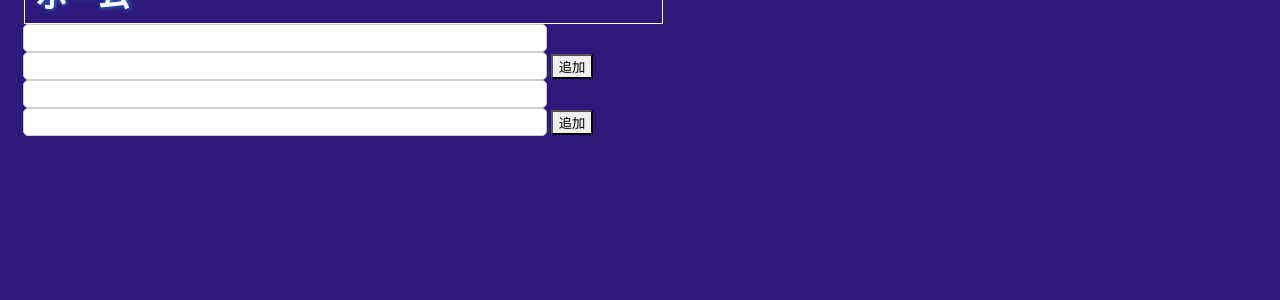
Repository: azuma2/tui2b
Page: http://localhost/
The author's editor kept a copy of each file at every save. The page is drawn from the files as they stood at one save, then again after the next save.
The browser window is 1280 px wide. The pictures show the whole page.
The page is served by the project's Laravel application, run on PHP 8.4 with Laravel 8. Other server files are loaded and not shown. Queries for data that is not in the repository find no rows.

Above is the page before, as saved 2022-03-28 18:25:34.

### routes/web.php
<?php

use Illuminate\Support\Facades\Route;
use App\Http\Controllers\Tui2Controller;

Route::get('/', [Tui2Controller::class, 'index']);
Route::post('/tui2/create', [Tui2Controller::class, 'create']);
Route::post('/tui2/update', [Tui2Controller::class, 'update']);
Route::post('/tui2/delete', [Tui2Controller::class, 'remove']);
Route::post('/', [Tui2Controller::class, 'post']);




Route::get('/reply/like', [RepliesController::class, 'like']);
Route::get('/reply/unlike', [RepliesController::class, 'unlike']);

### app/Http/Controllers/Tui2Controller.php
<?php

namespace App\Http\Controllers;

use App\Models\Tui2;
use Illuminate\Http\Request;
use Illuminate\Support\Facades\DB;

class Tui2Controller extends Controller
{
    public function index()
    {
        $items = Tui2::all();
        $items = DB::select('select * from tui2s');

        return view('index', ['items' => $items]);
    }

    public function create(Request $request)
    {
        $param = [
            'name' => $request->name,
            'content' => $request->content,


                ];
        $this->validate($request, Tui2::$rules);

        DB::insert('insert into tui2s (name,content) values (:name,:content)', $param);
        return redirect('/');
    }

    public function update(Request $request)
    {
         $param = [
            'id' => $request->id,
            'name' => $request->name,
            'content' => $request->content,

        ];
        $this->validate($request, Tui2::$rules);
        DB::update('update tui2s set name =:name, content =:content where id =:id', $param);
        return redirect('/');
    }

    public function remove(Request $request)
    {
        $param = ['id' => $request->id];
        DB::delete('delete from tui2s where id =:id', $param);
        return redirect('/');
    }


}

### app/Models/Tui2.php
<?php

namespace App\Models;

use App\Models\Tui2;
use Illuminate\Database\Eloquent\Factories\HasFactory;
use Illuminate\Database\Eloquent\Model;

class Tui2 extends Model

{
        use HasFactory;

    protected $fillable = ['content'];

    public static $rules = array(
        'content' => 'required|max:20',
    );






}

### resources/views/index.blade.php
<!DOCTYPE html>
<html lang="ja">
<head>
    <meta charset="UTF-8">
    <meta http-equiv="X-UA-Compatible" content="IE=edge">
    <meta name="viewport" content="width=device-width, initial-scale=1.0">
    <link rel="stylesheet" href="{{ asset('\resources\views\layouts\reset.css') }}" >
    <title>@yield('title')</title>
    <style>
    body {
      font-size:16px;
      margin: 5px;
      background-color: #2d197c;
    }


        td {
      padding: 5px 10px;
      text-align: center;


    }





    table{

    }

    .kakomi{
      border: solid;
    }

    .icon{
        height: 25px;
      width: 25px;
}

    .narabe{
      display:flex;
        flex-flow: column;
    }

    .button {
    background-image:url(img/heart.png);

    cursor: pointer;
    transition: 0.4s;
    outline: none;
}
.input-add {
    width: 80%;
    padding: 5px;
    border-radius: 5px;
    border: 1px solid #ccc;
    appearance: none;
    font-size: 14px;
    outline: none;
}
.input-update {
    width: 90%;
    padding: 5px;
    border-radius: 5px;
    border: 1px solid #ccc;
    appearance: none;
    font-size: 14px;
    outline: none;
}
    .card {
    width: 50vw;
    padding: 10px;
    position: absolute;
    top: -40px;
    left: 1%;

    border-radius: 10px;
}
    h1 {
      font-size:32px;
      color:white;
      text-shadow:1px 0 5px #289ADC;
      margin-left: 1px
    }

    .title{
          border: solid;border-color: #fff;
          border-width: 1px;
          padding: 10px;
    }
    .content {
      margin:10px;
    }

    .bgazou{
      background-image: url(img/detail.png);
    }

    p{

color: #fff;

    }

    .comment{
      text-align: left;
    }
    .name{
font-size:28px;
     display: inline;
    }



    </style>
  </head>
  <body>
  <div class="container">
    <div class="card">
      <h1 class="title">ホーム</h1>
            <div class="tui2">
              @if ($errors->has('content'))
                  <tr>
                    <th>ERROR</th>
                  <td>
                  {{$errors->first('content')}}
                </td>
            </tr>
          @endif


        <form action="/tui2/create" method="post">
            @csrf
          <input type="text" class="input-add" name="name" />
          <input type="text" class="input-add" name="content" />
          <input class="button" type="submit" value="追加" />
        </form>

        <form action="/tui2/create" method="post">
            @csrf
          <input type="text" class="input-add" name="name" />
          <input type="text" class="input-add" name="content" />
          <input class="button" type="submit" value="追加" />
        </form>


          @csrf
          <div class="narabe">
        <table>
            @csrf


                    <tr>
            @foreach ($items as $item)
            <td>

<a href="#comment.php" class="blink">


            </td>

            <form action="/tui2/update" method="post">
              @csrf

              <td>
                <p class="name"></p>
                <img class="icon" src="img/heart.png">
              </td>
                          <td>
              <form action="/tui2/delete" method="post" >
                    @csrf
                <input  type="hidden" name="id" value="{{$item->id}}" >
                <input class="button" type="submit" value="" >
              </form>
            </td>
              <td>
                <p class="comment">{{$item->content}}</p>
              </td>
            </form>





              <form action="/tui2/delete" method="post" >
                    @csrf
                <input  type="hidden" name="id" value="{{$item->id}}" >
                <input class="button" type="submit" value="削除" >
              </form>


          </tr>
          @endforeach

                  </table>
</div>
      </div>
    </div>
  </div>
  </div>

</body>
</html>

### resources/views/layouts/reset.css
/*
html5doctor.com Reset Stylesheet
v1.6.1
Last Updated: 2010-09-17
Todo: Richard Clark - http://richclarkdesign.com
Twitter: @rich_clark
*/

html, body, div, span, object, iframe,
h1, h2, h3, h4, h5, h6, p, blockquote, pre,
abbr, address, cite, code,
del, dfn, em, img, ins, kbd, q, samp,
small, strong, sub, sup, var,
b, i,
dl, dt, dd, ol, ul, li,
fieldset, form, label, legend,
table, caption, tbody, tfoot, thead, tr, th, td,
article, aside, canvas, details, figcaption, figure,
footer, header, hgroup, menu, nav, section, summary,
time, mark, audio, video {
    margin:0;
    padding:0;
    border:0;
    outline:0;
    font-size:100%;
    vertical-align:baseline;
    background:transparent;
}

body {
    line-height:1;
}

article,aside,details,figcaption,figure,
footer,header,hgroup,menu,nav,section {
    display:block;
}

nav ul {
    list-style:none;
}

blockquote, q {
    quotes:none;
}

blockquote:before, blockquote:after,
q:before, q:after {
    content:'';
    content:none;
}

a {
    margin:0;
    padding:0;
    font-size:100%;
    vertical-align:baseline;
    background:transparent;
}

/* change colours to suit your needs */
ins {
    background-color:#ff9;
    color:#000;
    text-decoration:none;
}

/* change colours to suit your needs */
mark {
    background-color:#ff9;
    color:#000;
    font-style:italic;
    font-weight:bold;
}

del {
    text-decoration: line-through;
}

abbr[title], dfn[title] {
    border-bottom:1px dotted;
    cursor:help;
}

table {
    border-collapse:collapse;
    border-spacing:0;
}

/* change border colour to suit your needs */
hr {
    display:block;
    height:1px;
    border:0;
    border-top:1px solid #cccccc;
    margin:1em 0;
    padding:0;
}

input, select {
    vertical-align:middle;
}

Loaded but not shown: app/Http/Controllers/Controller.php (common file)

After the next save:
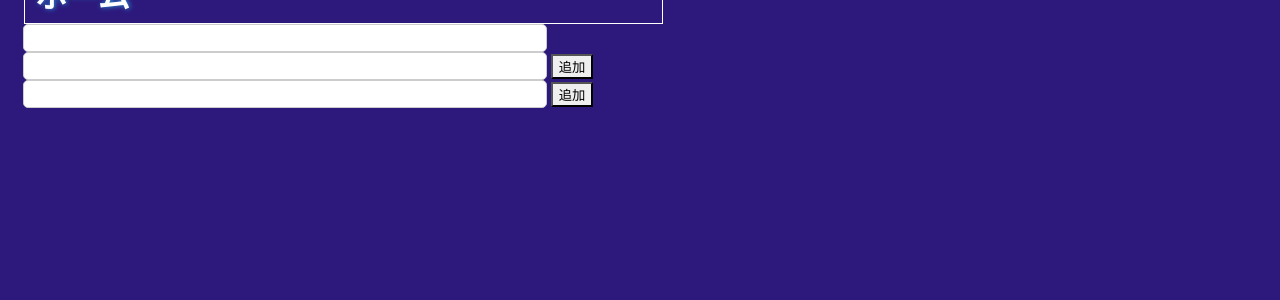
Saved 8 s later.
--- a/resources/views/index.blade.php
+++ b/resources/views/index.blade.php
@@ -139,7 +139,7 @@ font-size:28px;
 
         <form action="/tui2/create" method="post">
             @csrf
-          <input type="text" class="input-add" name="name" />
+
           <input type="text" class="input-add" name="content" />
           <input class="button" type="submit" value="追加" />
         </form>
